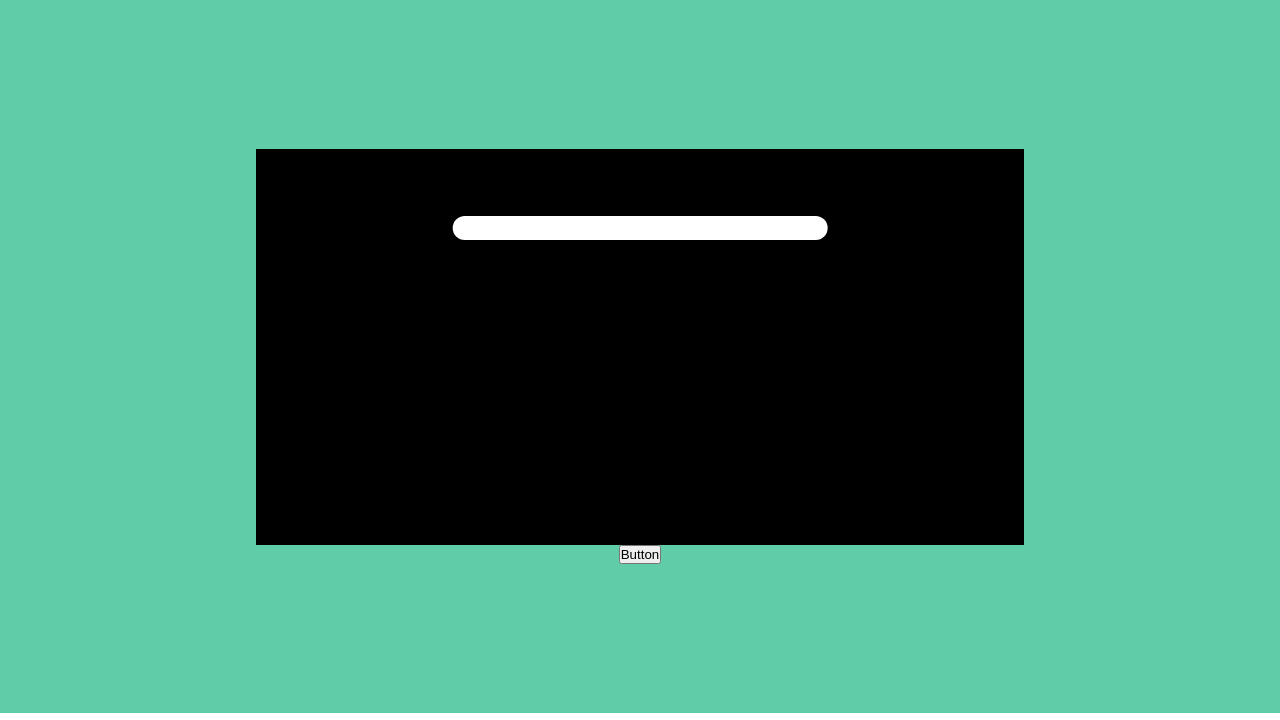
Repository: gitveerak/git-message-chat
Page: demo/demo1.html
An editor plug-in stored every save of this project. The page is shown before and after the next save, followed by the edit.
The browser window is 1280 px wide. The pictures show the whole page.
After loading, the first visible `button` was clicked once.

Above is the page before, as saved 2025-04-20 18:46:33.

### demo/demo1.html
<!DOCTYPE html>
<html lang="en">
<head>
  <meta charset="UTF-8" />
  <meta name="viewport" content="width=device-width, initial-scale=1.0"/>
  <title>Improved Animation</title>
  <style>
    * {
      padding: 0;
      margin: 0;
      box-sizing: border-box;
    }

    .wrap {
      height: 99vh;
      width: 100vw;
      background-color: rgb(97, 204, 168);
      display: flex;
      justify-content: center;
      align-items: center;
      flex-direction: column;
    }

    .wrap_inner {
      background-color: black;
      width: 60vw;
      height: 55vh;
      position: relative;
      overflow: hidden;
    }

    .img_icon {
      position: absolute;
      top: 2em;
      left: 50%;
      transform: translateX(-50%);
      opacity: 0;
      transition: opacity 0.3s ease;
      display: flex;
      flex-direction: column;
      align-items: center;
      z-index: 99;
    }

    .img_icon.show {
      opacity: 1;
    }

    .icon {
      width: 1.5em;
      animation: img_icon 1s ease forwards;
    }

    .icon_bar {
      height: 1.5em;
      border-radius: 5em;
      background-color: white;
      margin-top: 1em;
      width: 0;
      opacity: 0;
      transition: width 1s ease, opacity 0.5s ease;
    }

    .icon_bar.show-bar {
      width: 30vw;
      opacity: 1;
    }

    @keyframes img_icon {
      0% {
        width: 1.5em;
        opacity: 1;
      }
      100% {
        width: 1.2em;
        opacity: 0;
      }
    }
  </style>
</head>
<body>
  <div class="wrap">
    <div class="wrap_inner">
      <div class="img_icon" id="imgIcon">
        <img class="icon" src="home.png" alt="home_png" />
        <div class="icon_bar" id="iconBar"></div>
      </div>
    </div>
    <button type="button" onclick="btn()">Button</button>
  </div>

  <script>
    const imgIcon = document.getElementById('imgIcon');
    const iconBar = document.getElementById('iconBar');

    function btn() {
      // Show icon and start animation
      imgIcon.classList.add('show');
      iconBar.classList.remove('show-bar'); // reset bar

      // After 800ms show bar
      setTimeout(() => {
        iconBar.classList.add('show-bar');
      }, 800);

      // Hide everything after 5 seconds
      setTimeout(() => {
        imgIcon.classList.remove('show');
        iconBar.classList.remove('show-bar');
      }, 5000);
    }
  </script>
</body>
</html>

After the next save:
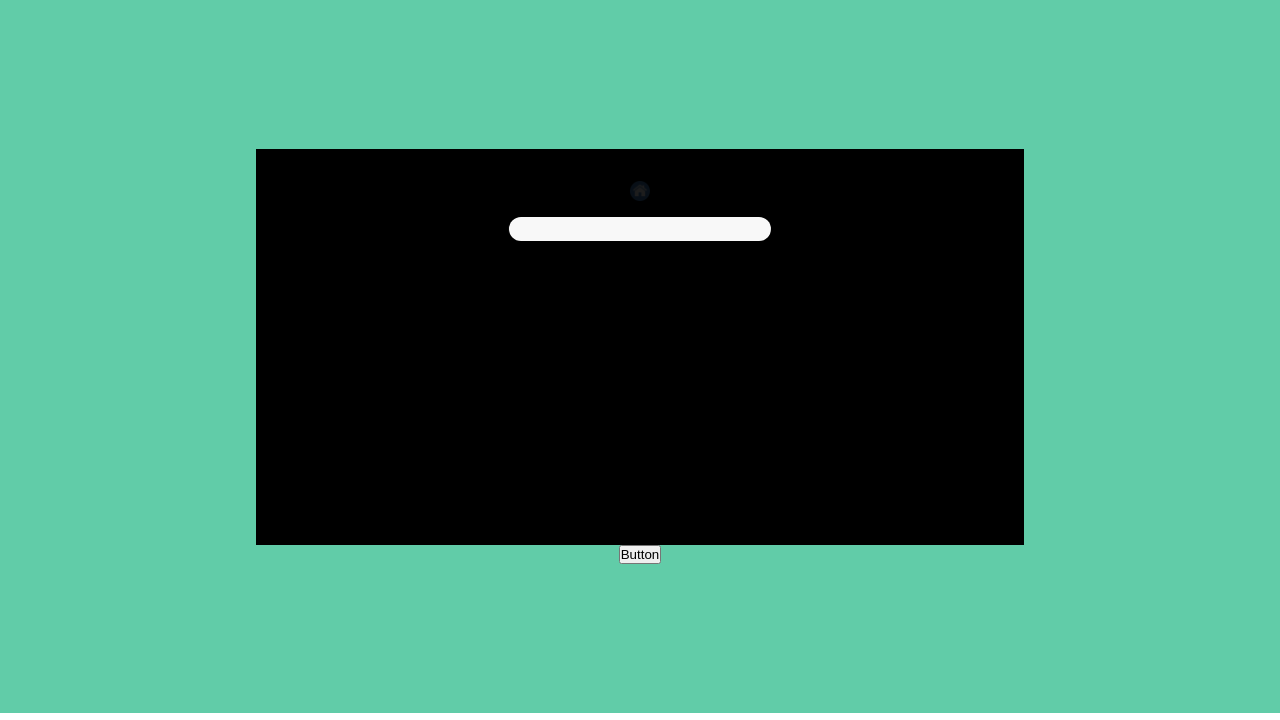
Saved 2 min 15 s later.
--- a/demo/demo1.html
+++ b/demo/demo1.html
@@ -35,11 +35,11 @@
       left: 50%;
       transform: translateX(-50%);
       opacity: 0;
-      transition: opacity 0.3s ease;
       display: flex;
       flex-direction: column;
       align-items: center;
       z-index: 99;
+      transition: opacity 0.3s ease;
     }
 
     .img_icon.show {
@@ -48,7 +48,13 @@
 
     .icon {
       width: 1.5em;
-      animation: img_icon 1s ease forwards;
+      opacity: 1;
+      transition: opacity 1s ease, width 1s ease;
+    }
+
+    .icon.fade {
+      width: 1.2em;
+      opacity: 0;
     }
 
     .icon_bar {
@@ -65,24 +71,13 @@
       width: 30vw;
       opacity: 1;
     }
-
-    @keyframes img_icon {
-      0% {
-        width: 1.5em;
-        opacity: 1;
-      }
-      100% {
-        width: 1.2em;
-        opacity: 0;
-      }
-    }
   </style>
 </head>
 <body>
   <div class="wrap">
     <div class="wrap_inner">
       <div class="img_icon" id="imgIcon">
-        <img class="icon" src="home.png" alt="home_png" />
+        <img class="icon" id="iconImg" src="home.png" alt="home_png" />
         <div class="icon_bar" id="iconBar"></div>
       </div>
     </div>
@@ -92,20 +87,30 @@
   <script>
     const imgIcon = document.getElementById('imgIcon');
     const iconBar = document.getElementById('iconBar');
+    const iconImg = document.getElementById('iconImg');
 
     function btn() {
-      // Show icon and start animation
+      // Reset classes
+      iconImg.classList.remove('fade');
+      iconBar.classList.remove('show-bar');
+
+      // Show wrapper
       imgIcon.classList.add('show');
-      iconBar.classList.remove('show-bar'); // reset bar
 
-      // After 800ms show bar
+      // Fade out image after short delay
+      setTimeout(() => {
+        iconImg.classList.add('fade');
+      }, 1000); // wait 1s before fading img
+
+      // Expand bar after delay
       setTimeout(() => {
         iconBar.classList.add('show-bar');
-      }, 800);
+      }, 1200);
 
       // Hide everything after 5 seconds
       setTimeout(() => {
         imgIcon.classList.remove('show');
+        iconImg.classList.remove('fade');
         iconBar.classList.remove('show-bar');
       }, 5000);
     }
